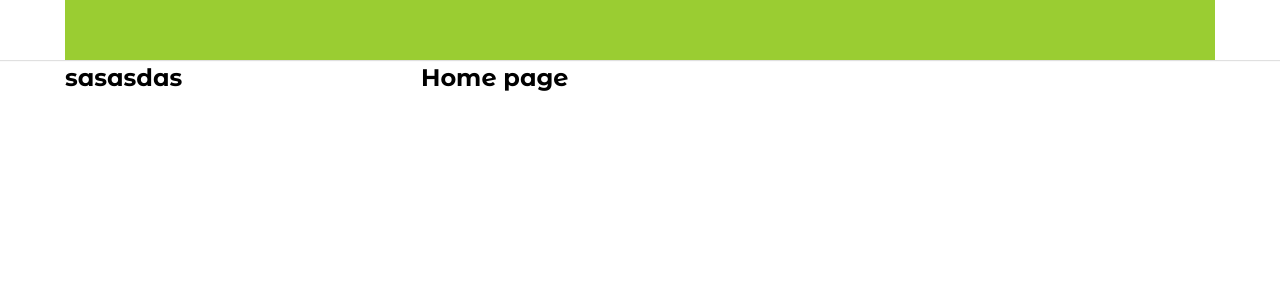
Repository: thinh909thinh/tiktok
Page: /
These files come from the project's save history. The page is drawn as it stood at one moment and after the next save; the edit follows.
The browser window is 1280 px wide. The pictures show the whole page.
The project was rebuilt for these pictures with package versions that can differ from the ones it lists, and the page was loaded fresh each time. Also part of the build but not shown: src/components/Layout/HeaderOnly/index.js, src/pages/Followwing/index.js, src/pages/Profile/index.js, src/pages/Upload/index.js, src/pages/Seach/index.js.

Above is the page before, as saved 2022-08-26 14:24:30.

After the next save:
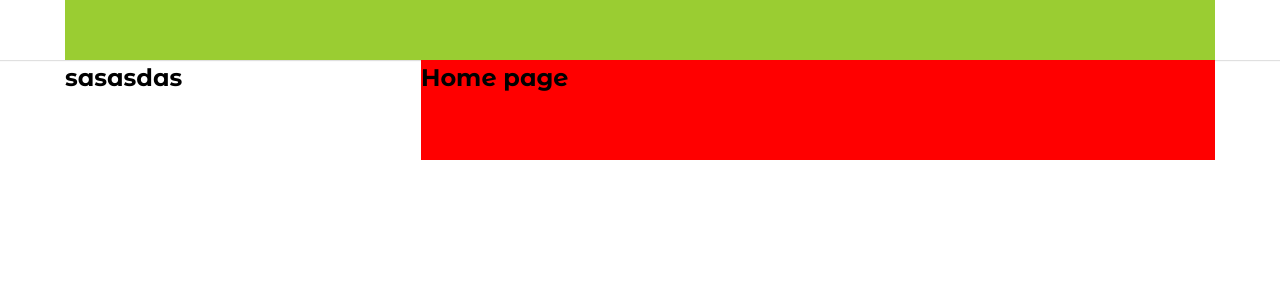
Saved 25 s later.
--- a/src/components/Layout/DefaultLayout/DefaultLayout.module.scss
+++ b/src/components/Layout/DefaultLayout/DefaultLayout.module.scss
@@ -7,3 +7,8 @@
     width: 1150px;
     display: flex;
 }
+.content {
+    flex: 1;
+    background-color: red;
+    min-height: 100px;
+}

After the save that followed:
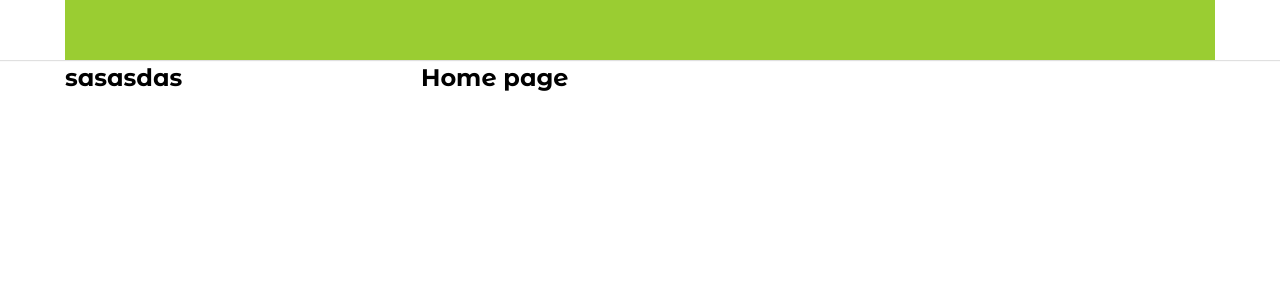
Saved 111 s later.
--- a/src/components/Layout/DefaultLayout/DefaultLayout.module.scss
+++ b/src/components/Layout/DefaultLayout/DefaultLayout.module.scss
@@ -9,6 +9,4 @@
 }
 .content {
     flex: 1;
-    background-color: red;
-    min-height: 100px;
 }
